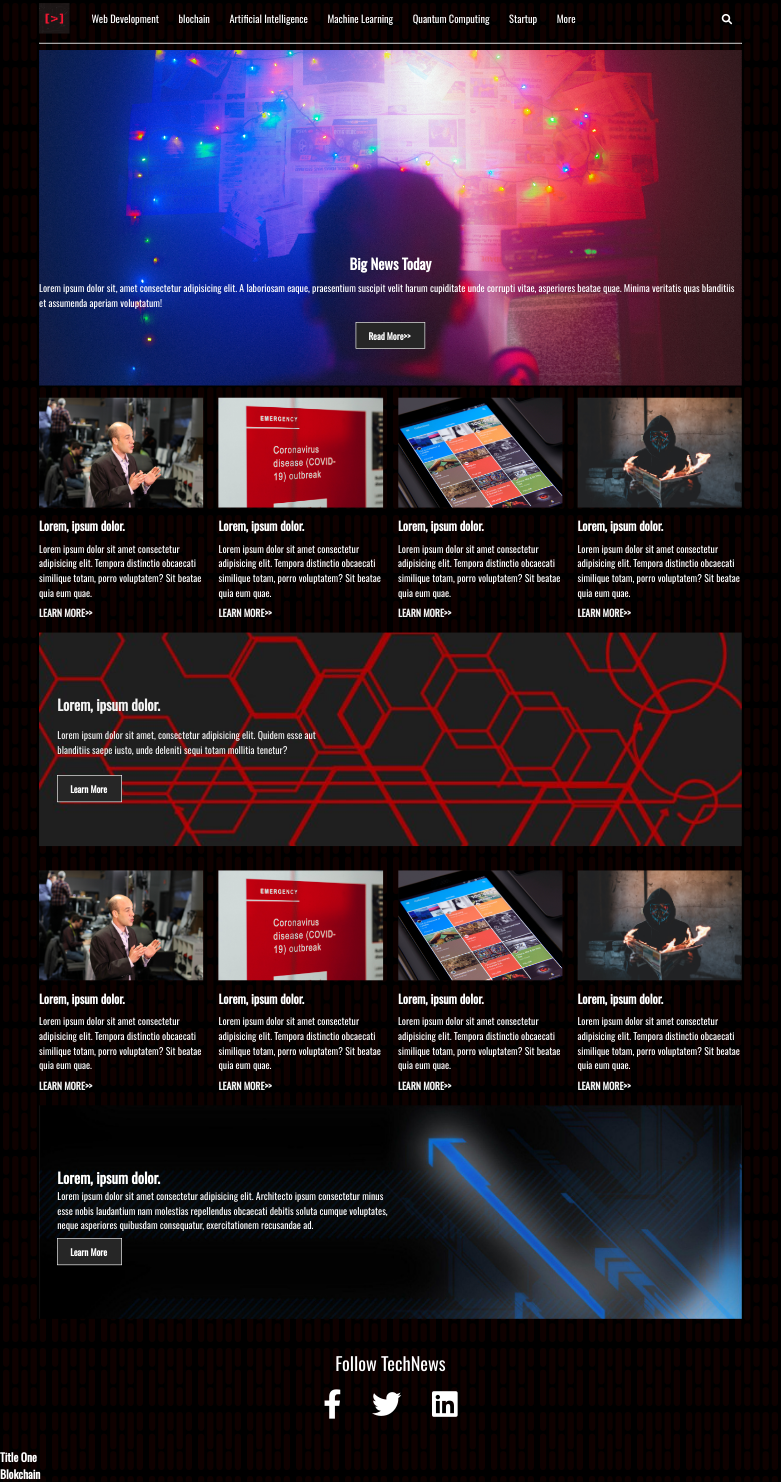
Repository: NickArregoces/News_Web
Page: index.html
These files come from the project's save history. The page is drawn as it stood at one moment and after the next save; the edit follows.
The browser window is 1280 px wide. The pictures show the whole page, at 61% of full size.

Above is the page before, as saved 2021-12-24 20:13:54.

After the next save:
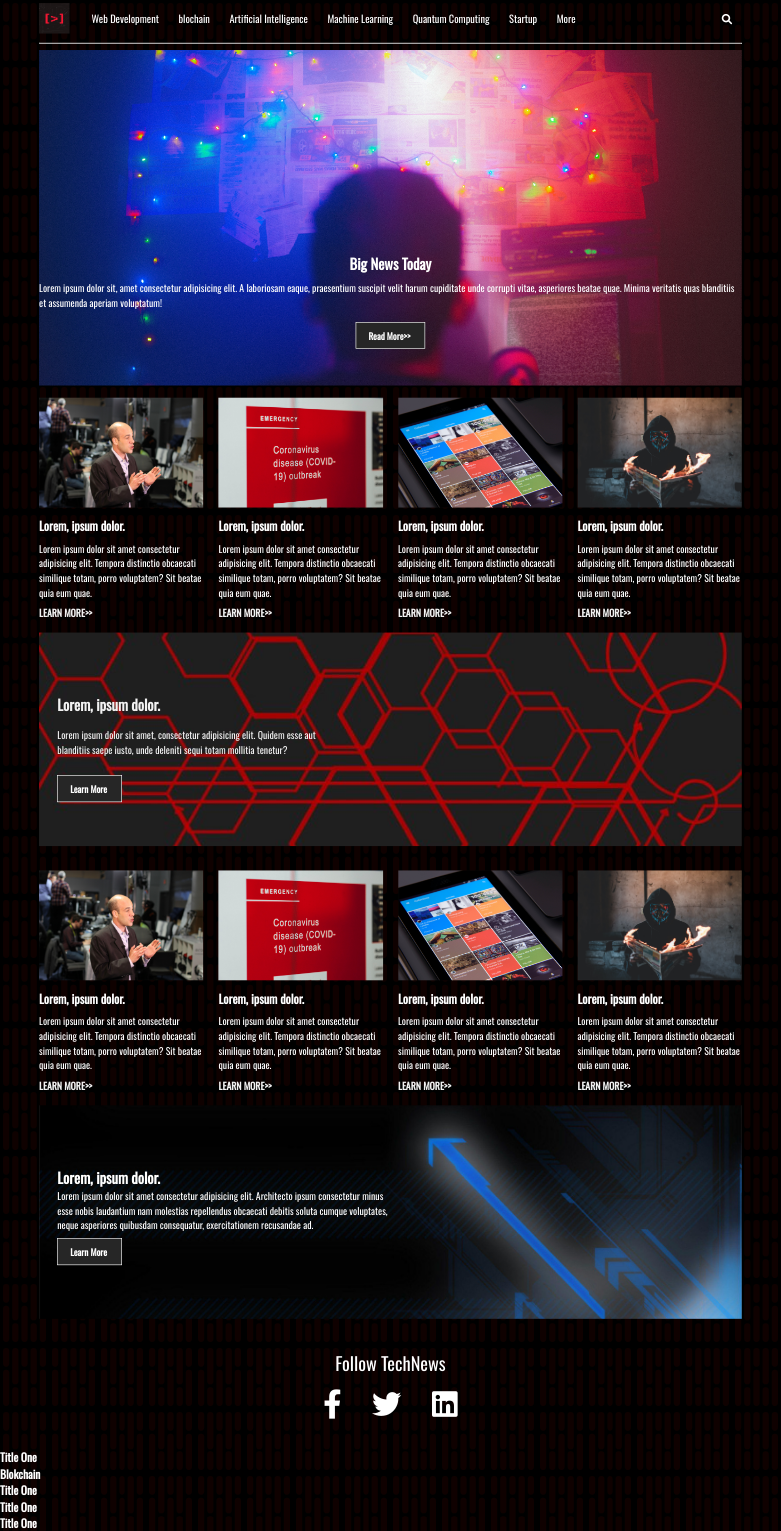
Saved 9 s later.
--- a/index.html
+++ b/index.html
@@ -176,6 +176,21 @@
                         <h3>Blokchain</h3>
                     </a>
                 </li>
+                <li>
+                    <a href="#">
+                        <h3>Title One</h3>
+                    </a>
+                </li>
+                <li>
+                    <a href="#">
+                        <h3>Title One</h3>
+                    </a>
+                </li>
+                <li>
+                    <a href="#">
+                        <h3>Title One</h3>
+                    </a>
+                </li>
             </ul>
         </div>
     </div>
